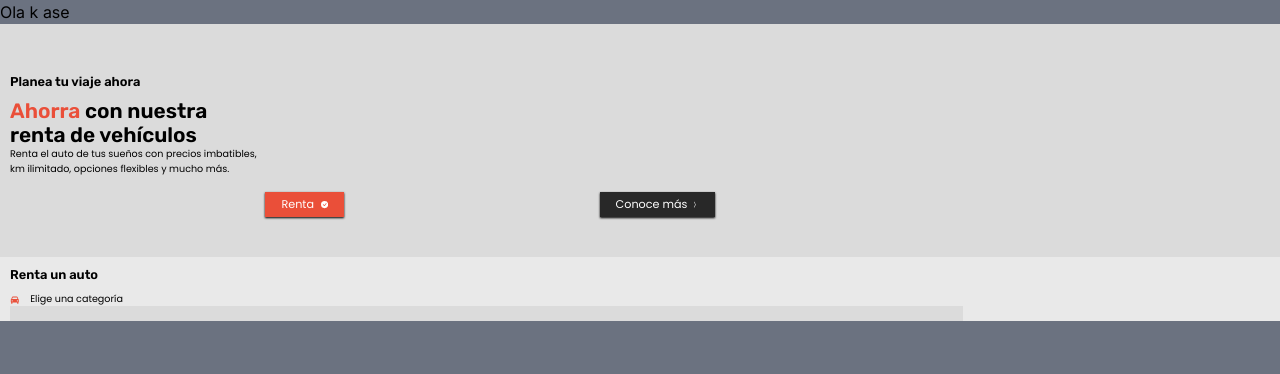
Repository: aldovelacasas/PF_RentCar2
Page: /homePage
An editor plug-in stored every save of this project. The page is shown before and after the next save, followed by the edit.
The browser window is 1280 px wide. The pictures show the whole page.
The project was rebuilt for these pictures with package versions that can differ from the ones it lists, and the page was loaded fresh each time. Some packages were replaced by stand-ins written for this rebuild. The framework's server and built-in components were replaced by stand-ins that run in the browser. Also part of the build but not shown: next.config.js.

Above is the page before, as saved 2023-08-29 19:54:13.

### src/app/layout.jsx
import "./globals.css";
import { Inter } from "next/font/google";

const inter = Inter({ subsets: ["latin"] });

export const metadata = {
  title: "Create Next App",
  description: "Generated by create next app",
};

export default function RootLayout({ children }) {
  return (
    <html lang="en">
      <body className={inter.className}>
        <h1>Ola k ase</h1>
        <div className="h-[calc(100vh-5rem)]">{children}</div>
      </body>
    </html>
  );
}

### src/app/homePage/page.jsx
import { Rubik, Poppins } from "next/font/google";
import { BsChevronCompactRight, BsCheckCircleFill } from "react-icons/bs";
import { BiSolidCar } from "react-icons/bi";

const fontRubik = Rubik({
  weight: "600",
  subsets: ["latin"],
});

const fontPoppins = Poppins({
  weight: "400",
  subsets: ["latin"],
});
const poppins = fontPoppins.className;
const rubik = fontRubik.className;

function HomePage() {
  return (
    <>
      <header className={`bg-gris_fondo ${rubik} space-y-0 space-x-2.5`}>
        <p className={`pt-12 ml-2.5 text-[0.8em] mb-2`}>
          Planea tu viaje ahora
        </p>
        <p className="text-[1.3em]  leading-6">
          <span className="text-naranja_enf">Ahorra </span>
          con nuestra
        </p>
        <p className="text-[1.3em] leading-6">renta de vehículos</p>
        <p className={`${poppins} text-[0.6em] mt-2`}>
          Renta el auto de tus sueños con precios imbatibles,
        </p>
        <p className={`${poppins} text-[0.6em] pb-4`}>
          km ilimitado, opciones flexibles y mucho más.
        </p>
        <div className="flex place-content-evenly w-3/4 mt-3 pb-10">
          <button
            className={`bg-naranja_enf text-white text-[0.7em] px-4 py-1 ${poppins} shadow-sm shadow-black hover:shadow-md hover:shadow-black active:shadow-inner active:shadow-black`}>
            Renta <BsCheckCircleFill className="inline pl-1" />
          </button>
          <button
            className={`bg-negro_fondo text-white text-[0.7em] px-4 py-1 ${poppins} shadow-sm shadow-black hover:shadow-md hover:shadow-black active:shadow-inner active:shadow-black`}>
            Conoce más
            <BsChevronCompactRight className="inline pl-1 stroke-slate-100 pr-0 mr-0" />
          </button>
        </div>
      </header>
      <form className={`pt-2 ${poppins} text-[0.6em] pl-2.5 bg-gris_frente`}>
        <p className={`text-[0.8rem] ${rubik} mb-2`}>Renta un auto</p>
        <label htmlFor="categoria" className="">
          <BiSolidCar className="inline text-naranja_enf mr-2" /> Elige una
          categoría
        </label>
        <br />
        <input className="bg-gris_fondo w-3/4" name="categoría" />
      </form>
    </>
  );
}

export default HomePage;

### src/app/api/products/[id]/route.js
import { NextResponse } from "next/server";
import {conn} from "@/libs/mysql"

export async function GET(request,{params}){
  try {
    const result = await conn.query("SELECT * FROM product WHERE id = ?", [params.id])
    if(result.length === 0 ){
        return NextResponse.json(
         {
            message: "producto no encontrado",
         },
         {
            status:404,
         }
        );
    }
    return NextResponse.json(result[0])
  } catch (error) {
    return NextResponse.json(
        {
            message:error.message,
        },
        {status: 500}
    )
  }
}

export async function DELETE (request,{params} ){
    try {
     const result = await conn.query("DELETE FROM product WHERE id = ?", [params.id]);
     if(result.affectedRows === 0){
         return NextResponse.json({message:"Producto no encontrado"},{status:404})
     }

     return new Response (null, {status: 204})
 } catch (error) {
     return NextResponse.json({message:error.message},{status:500})
 }
    }

export async  function PUT(request, {params}){
   try {
    const data = await request.json()
    const result = await conn.query("UPDATE product SET ? WHERE id = ?", [data , params.id])

    if (result.affectedRows === 0) {
        return NextResponse.json(
        {
            message: "producto no encontrado",
        },
        {
            status: 400,
        }
        )
    }
     const updateProduct = await conn.query("SELECT * FROM product WHERE id = ?", [params.id])

  return NextResponse.json(updateProduct[0])

   } catch (error) {
    return NextResponse.json(
        {
            message: error.message,
        },
        { status: 500}
    )
   }
}

### src/app/api/products/route.js
import { NextResponse } from "next/server";
import {conn} from "@/libs/mysql";

export async function GET(){
    try {
        const results = await conn.query("SELECT * FROM product");
        return NextResponse.json(results)

    } catch (error) {
        return NextResponse.json(
        {
          message: error.message,
        },
        {
            status:500,
        }

        );
    }
}

    export async function POST (request) {
  try {
    const {name, price, year, model, capacity, type, description, image, transmission,  }= await request.json();

    const result  = await conn.query("INSERT INTO product SET ?", {
        name,
        price,
        year,
        model,
        capacity,
        type,
        transmission,
        image,
        description

    })

    return NextResponse.json({
        name,
        price,
        year,
        model,
        capacity,
        type,
        transmission,
        image,
        description,
        id: result.insertId,

    })

  } catch (error) {
    console.log(error);
    return NextResponse.json(
    {
        message: error.message,
    },
    {
        status:500,
    }
    );
  }

}

### src/app/globals.css
@tailwind base;
@tailwind components;
@tailwind utilities;

body {
   @apply bg-gray-500; /* Fondo más claro */
   color: gray-800; /* Texto oscuro */
}

### tailwind.config.js
/** @type {import('tailwindcss').Config} */
module.exports = {
  content: [
    "./src/pages/**/*.{js,ts,jsx,tsx,mdx}",
    "./src/components/**/*.{js,ts,jsx,tsx,mdx}",
    "./src/app/**/*.{js,ts,jsx,tsx,mdx}",
  ],
  theme: {
    extend: {
      backgroundImage: {
        "gradient-radial": "radial-gradient(var(--tw-gradient-stops))",
        "gradient-conic":
          "conic-gradient(from 180deg at 50% 50%, var(--tw-gradient-stops))",
      },
      colors: {
        gris_fondo: "#dbdbdb",
        gris_frente: "#e9e9e9",
        negro_fondo: "#282828",
        naranja_enf: "#ea4f39",
        rojo_status: "#e30613",
        verde_status: "#4aaf4d",
        amarillo_status: "#f0e400",
      },
    },
  },
  plugins: [],
};

Loaded but not shown: src/app/api/bookings/[id]/route.js (no copy from this time; the picture is the same without it); src/app/api/bookings/route.js (no copy from this time; the picture is the same without it); src/app/api/create-payment-intent/route.js (no copy from this time; the picture is the same without it); src/app/api/post/[id]/route.js (no copy from this time; the picture is the same without it); src/app/api/post/route.js (no copy from this time; the picture is the same without it); src/app/api/users/[id]/route.js (no copy from this time; the picture is the same without it); src/app/api/users/route.js (no copy from this time; the picture is the same without it)

After the next save:
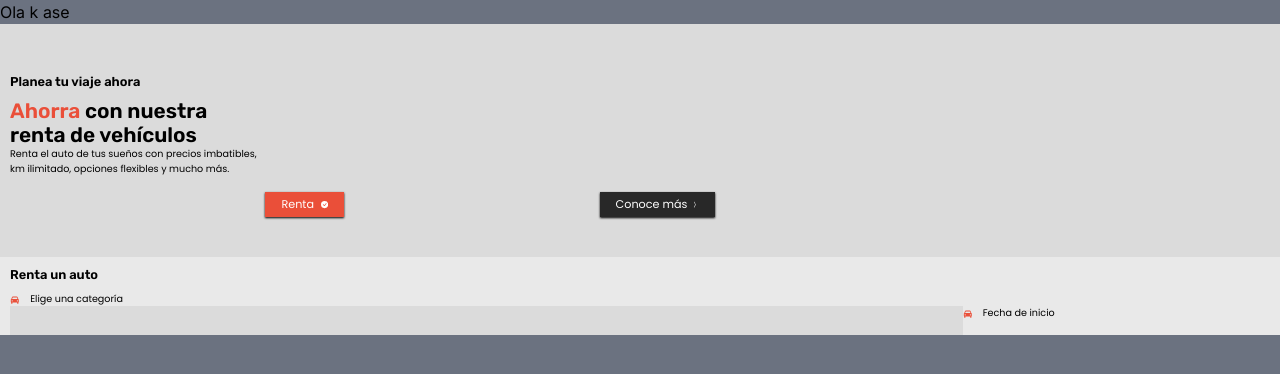
Saved 60 s later.
--- a/src/app/homePage/page.jsx
+++ b/src/app/homePage/page.jsx
@@ -52,6 +52,12 @@ function HomePage() {
         </label>
         <br />
         <input className="bg-gris_fondo w-3/4" name="categoría" />
+        <label htmlFor="fechaInicio" className="">
+          <BiSolidCar className="inline text-naranja_enf mr-2" /> Fecha de
+          inicio
+        </label>
+        <br />
+        <input className="bg-gris_fondo w-3/4" name="fechaInicio" />
       </form>
     </>
   );
